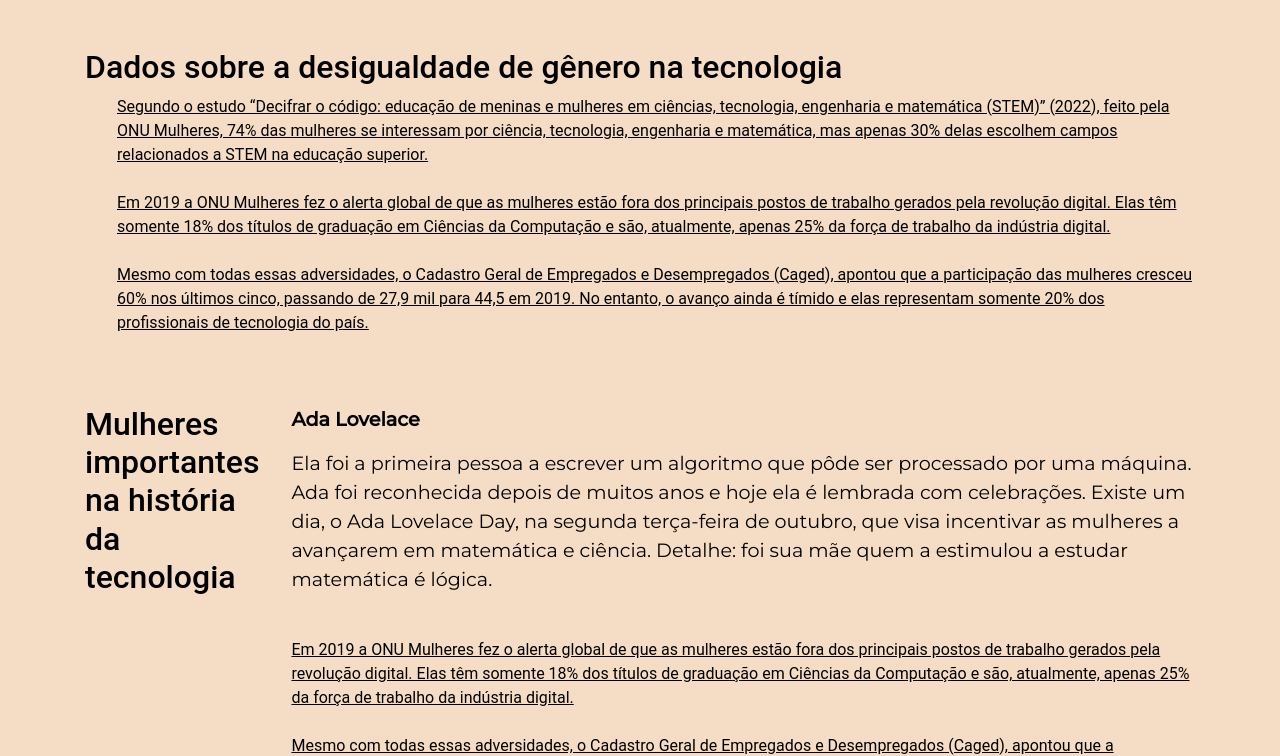
Repository: BellsBarbosa/ODS5_IGUALDADE_DE_GENERO
Page: index.html
The author's editor kept a copy of each file at every save. The page is drawn from the files as they stood at one save, then again after a run of saves.
The browser window is 1280 px wide. The pictures show the part of the page from y = 1260 to 2016 px (the page is 3032 px tall before and 2952 px after).
A picture or video elsewhere on the page could not be fetched, so the positions and the page height are approximate.

Above is the page before, as saved 2023-08-11 15:25:58.

### index.html
<!DOCTYPE html>
<html lang="en">

<head>
    <meta charset="UTF-8">
    <meta name="viewport" content="width=device-width, initial-scale=1.0">
    <meta name="author" content="Isabel Barbosa, Bootstrap contributors">
    <title>ODS 5 - Igualdade de Gênero</title>
    <link href="https://cdn.jsdelivr.net/npm/bootstrap@5.3.0-alpha3/dist/css/bootstrap.min.css" rel="stylesheet"
        integrity="sha384-KK94CHFLLe+nY2dmCWGMq91rCGa5gtU4mk92HdvYe+M/SXH301p5ILy+dN9+nJOZ" crossorigin="anonymous">
    <link rel="stylesheet" href="https://cdn.jsdelivr.net/npm/bootstrap-icons@1.10.5/font/bootstrap-icons.css">
    <link rel="preconnect" href="https://fonts.googleapis.com">
    <link rel="preconnect" href="https://fonts.gstatic.com" crossorigin>
    <link
        href="https://fonts.googleapis.com/css2?family=Caveat:wght@500;700&family=Kalam&family=Montserrat:ital,wght@0,300;0,400;0,500;1,400;1,500;1,600&display=swap"
        rel="stylesheet">
    <link rel="stylesheet" href="style.css">
    </script>


</head>

<body>

    <header class="header-menu">
        <nav>
            <img src="IMG/ODS5-1.jpg" alt="ODS5" width="100%" height="100%"></a>
            <ul class="lista-menu">
                <li><a href="#ods">ODS</a> </li>
                <li><a href="#dados">Dados</a></li>
                <li><a href="#destaques">Destaques</a></li>
                <li><a href="#cards">Soluções</a></li>
                <li><a href="#contato">Contatos</a></li>
            </ul>
        </nav>

    </header>


    <div class="container col-xxl-8 px-4 py-5">
        <div class="row flex-lg-row-reverse align-items-center g-5 py-5">
            <div class="col-10 col-sm-8 col-lg-6">
                <img src="IMG/4029136.jpg" class="d-block mx-lg-auto img-fluid" alt="Bootstrap Themes" loading="lazy">
            </div>
            <div class="col-lg-6">
                <h1 class="display-5 fw-bold text-body-emphasis lh-1 mb-3">ODS 5 - IGUALDADE DE GÊNERO</h1>
                <p class="lead">Aumentar o uso de tecnologias de base, em particular as tecnologias de informação
                    <br>e comunicação, para promover o empoderamento das mulheres.
                </p>
                <a href="https://brasil.un.org/pt-br/sdgs/5" class="botao" target="_blank">Saiba mais</a>
                <div class="d-grid gap-2 d-md-flex justify-content-md-start">

                </div>
            </div>
        </div>
    </div>



    <section class="container-fluid" id="ods">
        <div class="row">
            <div class="column">
                <h2 id="h2-margin">O Que são as ODS?</h2>
                <p>Os Objetivos de Desenvolvimento Sustentável são um apelo global à ação para acabar com a
                    pobreza,
                    proteger o meio ambiente e o clima e garantir que as pessoas, em todos os lugares, possam
                    desfrutar de paz e de prosperidade. Estes são os objetivos para os quais as Nações Unidas
                    estão
                    contribuindo a fim de que possamos atingir a Agenda 2030 no Brasil. O objetivo escolhido foi
                    a ODS 5.B: Aumentar o uso de tecnologias de base, em particular as
                    tecnologias de informação e comunicação, para promover o empoderamento das mulheres.
                </p>
                <img src="IMG/odssss-1-scaled.jpg" align-items="left" alt="Crédito da imagem: Estratégia Ods"
                    width="600" height="330">
                </h1>
            </div>

            <div class="column">
                <h2>ODS 5 - Igualdade de Gênero</h2>
                <p><i>Juliette Erath</i></p>
                <p>"A desigualdade de gênero é em grande parte responsável pela diferença no ambiente de
                    trabalho e
                    nas habilidades em relação a um padrão no setor de tecnologia. Para enfrentar essa
                    desigualdade
                    internacional e crescente, um esforço com empenho precisa ser feito para compreender a
                    origem
                    desse problema e solucioná-lo (...) No Brasil, em 2019, apenas 26% dos formados na área STEM
                    eram mulheres." é o que nos diz <a
                        href="https://www.ironhack.com/br/pt/blog/desigualdade-de-genero-na-tecnologia-vamos-discuti-la"
                        class="link" target="_blank">Juliette Erath em seu texto para IRONHACK.</a></p>
                <iframe width="560" height="315" src="https://www.youtube.com/embed/go-VJzRqacE"
                    title="YouTube video player" frameborder="0"
                    allow="accelerometer; autoplay; clipboard-write; encrypted-media; gyroscope; picture-in-picture; web-share"
                    allowfullscreen></iframe>
            </div>
        </div>

    </section>
    <section class="container-fluid" id="dados">
        <article class="container article-lista">
            <div class="dados">
                <h2>Dados sobre a desigualdade de gênero na tecnologia</h2>
                <ul>
                    <li> <a href="https://blog.google/intl/pt-br/novidades/por-dentro-do-google/mind-the-gap-2022-incentivando-meninas-a-ingressarem-em-carreiras-na-area-de-tecnologia/#:~:text=Segundo%20o%20estudo%20%E2%80%9CDecifrar%20o,a%20STEM%20na%20educa%C3%A7%C3%A3o%20superior."
                            class="link" target="_blank">Segundo o estudo “Decifrar o código: educação de
                            meninas e
                            mulheres em ciências, tecnologia, engenharia e matemática (STEM)” (2022), feito pela
                            ONU
                            Mulheres, 74% das mulheres se interessam por ciência, tecnologia, engenharia e
                            matemática,
                            mas apenas 30% delas escolhem campos relacionados a STEM na educação superior.</a>
                    </li> </br>
                    <a href="http://www.onumulheres.org.br/noticias/onu-mulheres-defende-investimentos-publicos-e-privados-em-igualdade-de-genero-para-aumentar-participacao-de-meninas-e-mulheres-em-ciencia-e-tecnologia/"
                        class="link" target="_blank">Em 2019 a ONU Mulheres fez o alerta global de que as
                        mulheres estão
                        fora dos principais postos de trabalho gerados pela revolução digital. Elas têm somente
                        18% dos
                        títulos de graduação em Ciências da Computação e são, atualmente, apenas 25% da força de
                        trabalho da indústria digital.</a></li> </br> </br>
                    <li> <a href="https://www.vittude.com/blog/mulheres-na-tecnologia-os-desafios-femininos-no-setor/"
                            class="link" target="_blank"> Mesmo com todas essas adversidades, o Cadastro Geral
                            de
                            Empregados e Desempregados (Caged), apontou que a participação das mulheres cresceu
                            60% nos
                            últimos cinco, passando de 27,9 mil para 44,5 em 2019. No entanto, o avanço ainda é
                            tímido e
                            elas representam somente 20% dos profissionais de tecnologia do país.</a> </li>
                    </br>
                </ul> <br>

            </div>
        </article>
    </section>
<section class="container-fluid" id="destaques">
    <article class="container article-lista">
        <div class="destaques">
            <h2>Mulheres importantes na história da tecnologia</h2>
            <ul>
                <li> <p class="lista-titulo">Ada Lovelace</p>
                    <p class="lista-descricao">
                    Ela foi a primeira pessoa a escrever um algoritmo que pôde ser processado por
                    uma máquina.
                    Ada foi reconhecida depois de muitos anos e hoje ela é lembrada com celebrações.
                    Existe um
                    dia, o Ada Lovelace Day, na segunda terça-feira de outubro, que visa incentivar
                    as mulheres
                    a avançarem em matemática e ciência. Detalhe: foi sua mãe quem a estimulou a
                    estudar
                    matemática é lógica.</br>
                    </br>
                </p></li>
                <a href="http://www.onumulheres.org.br/noticias/onu-mulheres-defende-investimentos-publicos-e-privados-em-igualdade-de-genero-para-aumentar-participacao-de-meninas-e-mulheres-em-ciencia-e-tecnologia/"
                    class="link" target="_blank">Em 2019 a ONU Mulheres fez o alerta global de que as
                    mulheres estão
                    fora dos principais postos de trabalho gerados pela revolução digital. Elas têm somente
                    18% dos
                    títulos de graduação em Ciências da Computação e são, atualmente, apenas 25% da força de
                    trabalho da indústria digital.</a></li> </br> </br>
                <li> <a href="https://www.vittude.com/blog/mulheres-na-tecnologia-os-desafios-femininos-no-setor/"
                        class="link" target="_blank"> Mesmo com todas essas adversidades, o Cadastro Geral
                        de
                        Empregados e Desempregados (Caged), apontou que a participação das mulheres cresceu
                        60% nos
                        últimos cinco, passando de 27,9 mil para 44,5 em 2019. No entanto, o avanço ainda é
                        tímido e
                        elas representam somente 20% dos profissionais de tecnologia do país.</a> </li>
                </br>
            </ul> <br>

        </div>
    </article>
</section>


    <section class="container-fluid" id="cards">
        <div class="row row-cols-1 row-cols-md-3 g-4">
            <div class="col">
                <div class="card">
                    <img src="IMG/criança.jpg" class="card-img-top" alt="...">
                    <div class="card-body">
                        <h5 class="card-title text-center">Introduza meninas ao mundo da tecnologia</h5>
                        <p class="card-text justify-content-evenly">Apresentar as meninas ao mundo da tecnologia expande
                            as chances delas desenvolverem suas habilidades e criatividade,
                            proporcionando a elas a chance de inventar, criar e aprender sobre a área.</p>
                    </div>
                </div>
            </div>
            <div class="col">
                <div class="card">
                    <img src="IMG/mulher_liderança.jpg" class="card-img-top" alt="...">
                    <div class="card-body">
                        <h5 class="card-title text-center">Comemore as mulheres na liderança</h5>
                        <p class="card-text justify-content-evenly">Divulgar a jornadas de mulheres que impactaram na
                            tecnologia, e celebrar o trabalho dessas vitoriosas, irá inspirar
                            nossas meninas e mulheres a iniciar suas próprias carreiras na área tecnológica..</p>
                    </div>
                </div>
            </div>
            <div class="col">
                <div class="card">
                    <img src="IMG/parcerias.jpg" class="card-img-top" alt="...">
                    <div class="card-body">
                        <h5 class="card-title text-center">Estabeleça parcerias e oportunidades</h5>
                        <p class="card-text justify-content-evenly">Realizar parcerias com entidades que utilizam a
                            tecnologia como instrumento para diminuir a desigualdade de gênero irá
                            expandir o alcance desses projetos, aumentando assim a inserção de mulheres na
                            tecnologia.</p>
                    </div>
                </div>
            </div>

        </div>
    </section> <br>


    <footer class="rodape" id="contato">
        <div class="container">
            <div class="row">
                <div class="column">
                    <ul class="lista-rodape">
                        <li> <i class="bi bi-envelope"></i><a href="barbosa.isabelcristina@gmail.com" target="_blank"
                                class="link-icone">
                                barbosa.isabelcristina@gmail.com</a></li>
                        <li><i class="bi bi-linkedin"></i><a href="https://www.linkedin.com/in/isabel-barbosa-aa080456/"
                                target="_blank" class="link-icone"> Isabel Barbosa</a></li>
                        <li><i class="bi bi-github"></i><a href="https://github.com/BellsBarbosa" target="_blank"
                                class="link-icone">
                                BellsBarbosa</a></li>
                        <li><i class="bi bi-arrow-up-square-fill"></i><a href="#top" class="link-icone"> Topo da
                                página</a></li>

                    </ul>
                </div>
                <div class="column">
                    <ul class="lista-rodape">
                        <li>Créditos:</li>
                        <li>Imagem ODS:<a href="https://estrategiaods.org.br/" target="_blank" class="link-icone">
                                Estratégia ODS</a></li>
                        </li>
                        <li>Hero Image:<a
                                href="https://br.freepik.com/vetores-gratis/conceito-de-igualdade-de-genero_8925920.htm#query=igualdade%20de%20genero&position=0&from_view=search&track=ais">Imagem
                                de pikisuperstar</a> no Freepik</li>
                        </li>
                        <li> Video: <a href="https://www.youtube.com/watch?v=go-VJzRqacE&ab_channel=CentroCulturalLight"
                                target="_blank" class="link-icone">
                                Centro Cultural Light</a></li>
                        </li>
                        <li> Card 1: <a
                                href="https://br.freepik.com/fotos-gratis/garotinha-afro-americana-feliz-durante-videochamada-com-laptop_20052825.htm#query=meninas%20na%20tecnologia&position=14&from_view=search&track=ais">Imagem
                                de master1305</a> no Freepik
                        </li>
                        <li> Card 2: <a
                                href="https://br.freepik.com/fotos-gratis/mulher-afro-americana-confiante-com-documentos-em-papel_6882196.htm#query=mulheres%20na%20lideran%C3%A7a&position=19&from_view=search&track=ais">Imagem
                                de pch.vector</a> no Freepik
                        </li>
                        <li> Card 3: <a
                                href="https://br.freepik.com/fotos-gratis/mulheres-de-negocios-felizes-apoiando-uns-aos-outros-e-de-maos-dadas-em-um-cafe_26402023.htm#query=mulheres%20na%20lideran%C3%A7a&position=17&from_view=search&track=ais">Imagem
                                de Drazen Zigic</a> no Freepik
                        </li>
                    </ul>
                </div>
            </div>


        </div>
    </footer>

### style.css
 @import url('https://fonts.googleapis.com/css2?family=Caveat:wght@500;700&family=Kalam&family=Montserrat:ital,wght@0,300;0,400;0,500;1,400;1,500;1,600&display=swap');

 * {

   margin: 0;

   padding: 0;

   outline: 0;
 }

 body {

   font-family: 'Roboto', sans-serif;
   margin: 0;
   background-color: #f5ddc5;
   display: flex;
   min-height: 100vh;
   flex-direction: column;
   margin-top: 0%;
   position: relative;
   width: 100%;
   margin: 0 auto;
   padding: 0;

 }

 p {
   font-size: 1.2em;
   font-family: 'Montserrat', sans-serif;
   color: #000000;

 }

 a {
   color: rgb(0, 0, 0);
 }

 .h2 {
   color: #0b0b0b
 }

 li {

   list-style: none;
 }

 .header-menu {

   display: flex;
   position: fixed;
   width: 100%;
   padding: 8px;
   padding-bottom: 32px;
   padding-top: 32px;
   height: 30px;
   background-color: #6e999c;
 }

 .header-menu nav {
   display: flex;
   justify-content: flex-end;
   width: 100%;
 }

 .lista-menu {
   display: flex;
   justify-content: space-evenly;
   width: 50%;
   align-items: center;
 }

 .lista-menu li>a {
   color: #FFF;
   font-size: 18px;
   text-decoration: inherit;
 }

 .lista-titulo {
      font-weight: 600;

    }

 .botao {
   border-radius: 8px;
   border: 1px solid #9fadaa;
   color: #9fadaa;
   font-size: 1.2em;
   line-height: 25px;
   text-align: center;
   text-decoration: none;
   text-transform: uppercase;
   padding: 10px 20px 10px 20px;
   position: relative;
   width: 200px;
 }

 .botao a {
   padding-left: 20%;
 }

 .botao a:hover {
   color: #000000;
   font-size: 1.2em;
 }


 .column {
   float: left;
   width: 50%;
   padding: 3%;
   color: #000000;
   text-align: justify;
 }

 /* Clear floats after the columns */
 .row:after {
   content: "";
   display: table;
   clear: both;
 }

 .ods {
   padding-bottom: 3%;
 }

 .dados {
   padding: 3px;
   align-content: center;
   color: #000000
 }

 .destaques {
   padding: 3px;
   align-content: center;
   color: #000000;
   padding-bottom: 3%;
   display: flex;
 }

 .cards {

   padding: 3px;
   align-content: center;
   color: #000000;
   padding-bottom: 3%;
 }

 .rodape {
   height: 300px;
   display: flex;
   align-items: center;
   background-color: #6e999c;

 }

 .lista-rodape {
   color: #000000;
   font-weight: 700;
   font-size: 20px;
   margin-bottom: 16px;
   display: flex;
   align-items: flex-start;
   flex-direction: column;

 }

 .estilo-icone {
   font-size: 32px;
   margin-right: 10px;
  }

After the next 3 saves:
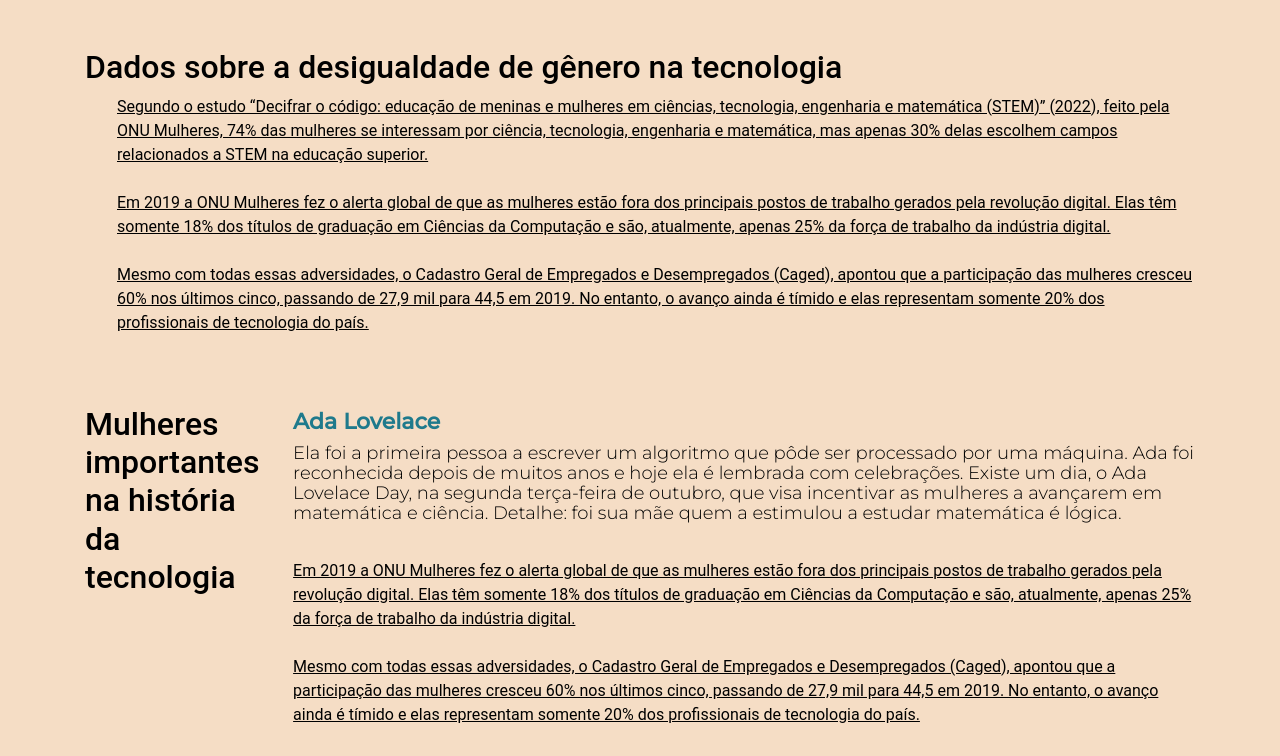
The 3 saves are shown as one change because they came seconds apart.
The last was saved 23 s later.
--- a/style.css
+++ b/style.css
@@ -78,8 +78,27 @@
 
  .lista-titulo {
       font-weight: 600;
+      }
+            .lista-titulo {
+              margin-bottom: 5px;
+              font-size: 22px;
+              color: #1F7A8C;
+              font-weight: 700;
+            }
 
-    }
+            .lista-local {
+              font-size: 18px;
+              color: #2F80ED;
+
+            }
+
+            .lista-descricao {
+              font-size: 18px;
+              margin-top: 5px;
+              line-height: 20px;
+              color: #000000;
+              font-weight: 300;
+            }
 
  .botao {
    border-radius: 8px;
